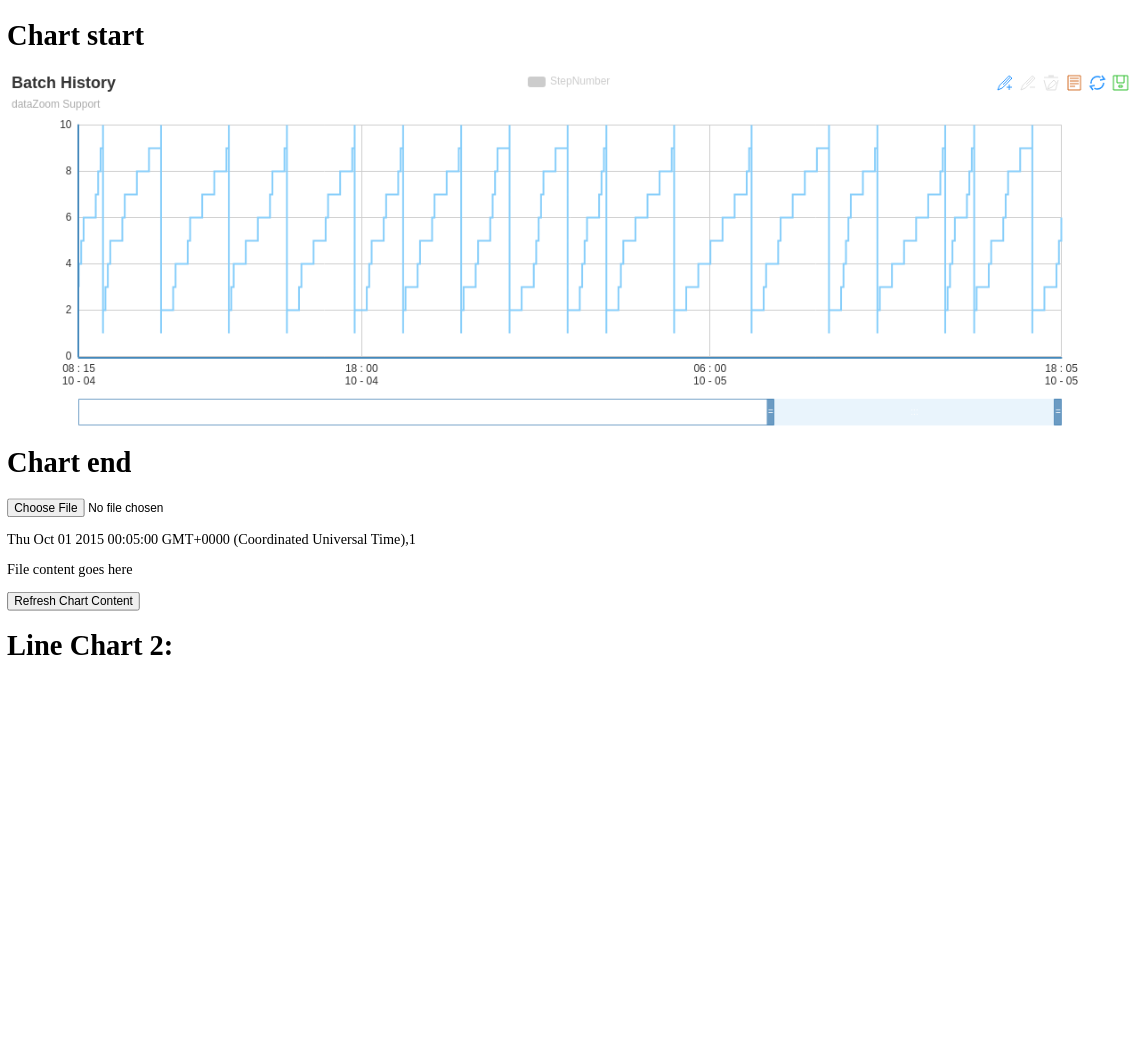
Repository: shutterfly2011/apache
Page: eChartTest/WebContent/LineChart.html
These files come from the project's save history. The page is drawn as it stood at one moment and after the next save; the edit follows.
The browser window is 1280 px wide. The pictures show the whole page, at 89% of full size.

Above is the page before, as saved 2015-09-24 03:51:33.

### eChartTest/WebContent/LineChart.html
<!DOCTYPE html>
<head>
    <meta charset="utf-8">
    <title>ECharts - Line Charts</title>
    <script type="text/javascript">
    	var dataSet = [];
    	var dataSet1 = [];
    	var myChart;
    	var option;
		option = {
			    title : {
			        text : 'Batch History',
			        subtext : 'dataZoom Support'
			    },
			    tooltip : {
			    	show: true,
			    	//showContent: true,
			        trigger: 'axis'
			        /*
			        axisPointer:{
			        	show: true,
			        	type: 'cross',
			        	lineStyle:{
			        		type:'dashed',
			        		width:1
			        	}
			        },
			        */
			        /*
			        formatter : function (params) {
			        	console.log(params);
			        	//return params[0];
			            /*
			        	var date = new Date(params.value[0]);
			            data = (date.getMonth() + 1) + '-'
			                   + date.getDate() + ' '
			                   + date.getHours() + ':'
			                   + date.getMinutes();
			            return data + '<br/>'
			                   + params.value[1] + ', '
			                   + params.value[2];
			            //alert( data);

			            return 'no content';
			        	}
			        */
			    },
			    toolbox: {
			        show : true,
			        feature : {
			            mark : {show: true},
			            dataView : {show: true, readOnly: false},
			            restore : {show: true},
			            saveAsImage : {show: true}
			        }
			    },
			    dataZoom: {
			        show: true,
			        start : 70
			    },
			    legend : {
			        data : ['StepNumber']
			    },
			    grid: {
			        y2: 80
			    },
			    xAxis : [
			        {
			            type : 'time',
			            splitNumber:5
			        }
			    ],
			    yAxis : [
			        {
			            type : 'value'
			        }
			    ],

			    series : [
			        {
			            name: 'Batch Step number',
			            type: 'line',
			            //showAllSymbol: true,
			            //symbolSize: function (value){
			            //    return Math.round(value[2]/10) + 2;
			            //},
			            data: (function () {
			            	var d = [];
			            	var len = 0;
			            	var now = new Date();
			            	var timeTemp;
			            	var tempStepLength;
			            	var prevStepNum;
			            	var value;
			            	timeTemp =0; //stores the previous time shift in seconds
			            	prevStepNum = 1;
			            	//alert(timeTemp);
							var prevprevStepNum = 0;
			            	while (len++ < 500) {
			            		if (prevprevStepNum > prevStepNum) {
			            			tempStepLength = 1;
			            		}
			            		else{
			            			tempStepLength = Math.random().toFixed(0)*20*60+300; //generate a random number between 5-25 minutes
			            		}
			            		//alert(tempStepLength);

			            		d.push([
			            	        new Date(2015, 9, 1, 0,0, timeTemp+tempStepLength),
			            	        prevStepNum
			            	        //(Math.random()*10).toFixed(0) - 0
			            	    ]);


			            		//alert(prevStepNum);
			            		prevprevStepNum = prevStepNum;
			            		prevStepNum += 1;
			            		d.push([
			            			new Date(2015, 9, 1, 0,0, timeTemp+tempStepLength+1), //add one more second
			            			prevStepNum
			            		        ]);
			            		if (prevStepNum >=10) {
			            			prevStepNum = 1; //resets prevStepNum to 1
			            		}
			            		timeTemp += tempStepLength;
			            	}

			                return d;
			            })()
			        }
			    ]
			};
    </script>
	<script type="text/javascript">
		var optionLine2 = {
			    title : {
			        text : '时间坐标折线图',
			        subtext : 'dataZoom支持'
			    },
			    tooltip : {
			        trigger: 'item',
			        formatter : function (params) {
			            var date = new Date(params.value[0]);
			            data = date.getFullYear() + '-'
			                   + (date.getMonth() + 1) + '-'
			                   + date.getDate() + ' '
			                   + date.getHours() + ':'
			                   + date.getMinutes();
			            return data + '<br/>'
			                   + params.value[1] + ', '
			                   + params.value[2];
			        }
			    },
			    toolbox: {
			        show : true,
			        feature : {
			            mark : {show: true},
			            dataView : {show: true, readOnly: false},
			            restore : {show: true},
			            saveAsImage : {show: true}
			        }
			    },
			    dataZoom: {
			        show: true,
			        start : 70
			    },
			    legend : {
			        data : ['series1']
			    },
			    grid: {
			        y2: 80
			    },
			    xAxis : [
			        {
			            type : 'time',
			            splitNumber:10
			        }
			    ],
			    yAxis : [
			        {
			            type : 'value'
			        }
			    ],
			    series : [
			        {
			            name: 'series1',
			            type: 'line',
			            showAllSymbol: true,
			            symbolSize: function (value){
			                return Math.round(value[2]/10) + 2;
			            },
			            data: (function () {
			                var d = [];
			                var len = 0;
			                var now = new Date();
			                var value;
			                while (len++ < 200) {
			                    d.push([
			                        new Date(2014, 9, 1, 0, len * 10000),
			                        (Math.random()*30).toFixed(2) - 0,
			                        (Math.random()*100).toFixed(2) - 0
			                    ]);
			                }
			                return d;
			            })()
			        }
			    ]

		};
	</script>
</head>
<body>
    <!-- Prepare a Dom with size (width and height) for ECharts -->
    <h1>Chart start</h1>
    <div id="lineChart" style="height:400px"></div>
    <!-- ECharts import -->
    <!--<script src="http://echarts.baidu.com/build/dist/echarts.js"></script> -->
    <script src="js/echarts.js"></script>
    <h1>Chart end</h1>
    <p><input type="file" onchange="loadCSVData(this.files)"/></p>
   	<p><a id="fileContent">File content goes here</a></p>
	<p><a id="fileContent1">File content goes here</a></p>
	<p><button onclick="refreshChart()">Refresh Chart Content</button></p>
	<h1>Line Chart 2:</h1>
    <div id= "lineChart2" style = "height:400px"></div>
    <script type="text/javascript">
    	function loadCSVData(files){
			var reader = new FileReader();
			var lines;
			reader.onload = function(e){
				var content = reader.result;
				var allTextLines = content.split(/\r\n|\n/);
			    //var lines = [];
			    while (allTextLines.length) {
			        dataSet.push(allTextLines.shift().split(','));
			    }
				document.getElementById("fileContent").innerHTML = dataSet[0];
				document.getElementById("fileContent1").innerHTML = dataSet[1];
			};
			reader.readAsText(files[0]);
    	}
    </script>
    <script type="text/javascript">
	    // configure for module loader
	    require.config({
	        paths: {
	            //echarts: 'http://echarts.baidu.com/build/dist'
	        	echarts: 'js'
	        }
	    });

		require(
			[
			 'echarts',
			 'echarts/chart/line'
			 ],
			 function(ec){
				myChart = ec.init(document.getElementById('lineChart'));

				myChart.setOption(option);
				for (var i=0; i<5; i++){
					dataSet1.push(option.series[0].data[i]);

				}
				document.getElementById("fileContent").innerHTML = option.series[0].data[0];
			}
		);
    </script>
    <script type="text/javascript">
    	function refreshChart(){
    		dataSet.shift();

    		var aryTime = [];

    		for (var i=0; i<dataSet.length; i++){
    			//var row = [];
   				aryTime.push([
   						Date.parse(dataSet[i][0]),
   					//enerateDateFromString(dataSet[i][0]),
   						parseFloat(dataSet[i][1])]);
    			/*
    			aryTime.push(Date.parse(dataSet[i][0]));
    			aryTime.push(parseFloat(dataSet[i][1]));
    			*/
    			//aryTime.push(row);
    		}


    		option.series[0].data =  aryTime;
    		option.title.text = "R4715 tag history";
    		//option.series[0].data = dataSet;
    		myChart = require('echarts').init(document.getElementById('lineChart'));
    		myChart.setOption(option);
    		document.getElementById("fileContent").innerHTML = option.series[0].data.length;
    	}
    </script>
</body>

Loaded but not shown: eChartTest/WebContent/js/echarts.js (library); eChartTest/WebContent/js/chart/line.js (library)

After the next save:
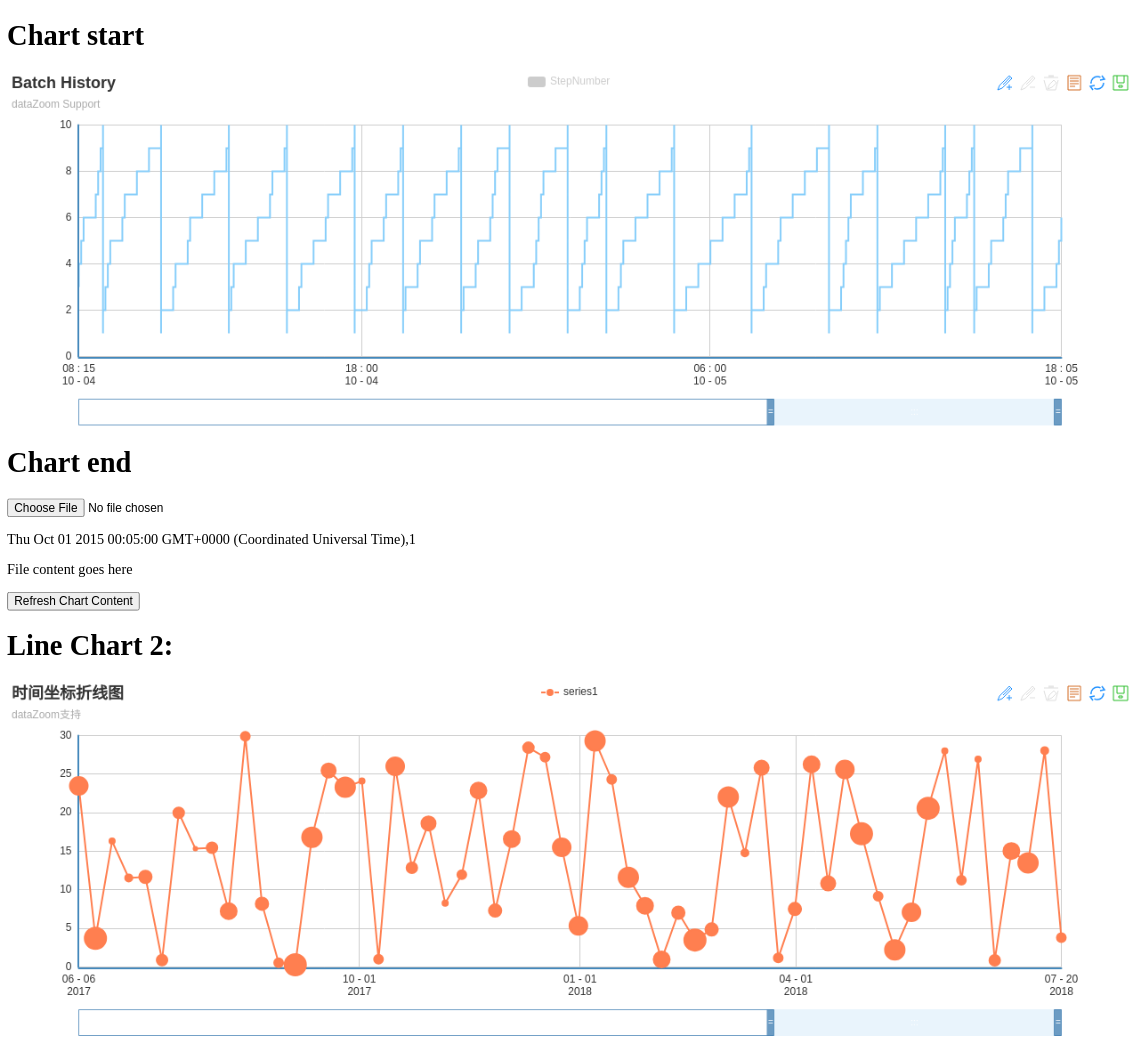
Saved 3 min 38 s later.
--- a/eChartTest/WebContent/LineChart.html
+++ b/eChartTest/WebContent/LineChart.html
@@ -240,6 +240,19 @@
 			reader.readAsText(files[0]);
     	}
     </script>
+	<script type="text/javascript">
+		require.config({
+			paths:{echarts:'js'}
+		});
+		require (
+			['echarts', 'echarts/chart/line'],
+			function(ec){
+				myChart = ec.init(document.getElementById('lineChart2'));
+				myChart.setOption(optionLine2);
+
+			}
+		);
+	</script>
     <script type="text/javascript">
 	    // configure for module loader
 	    require.config({
